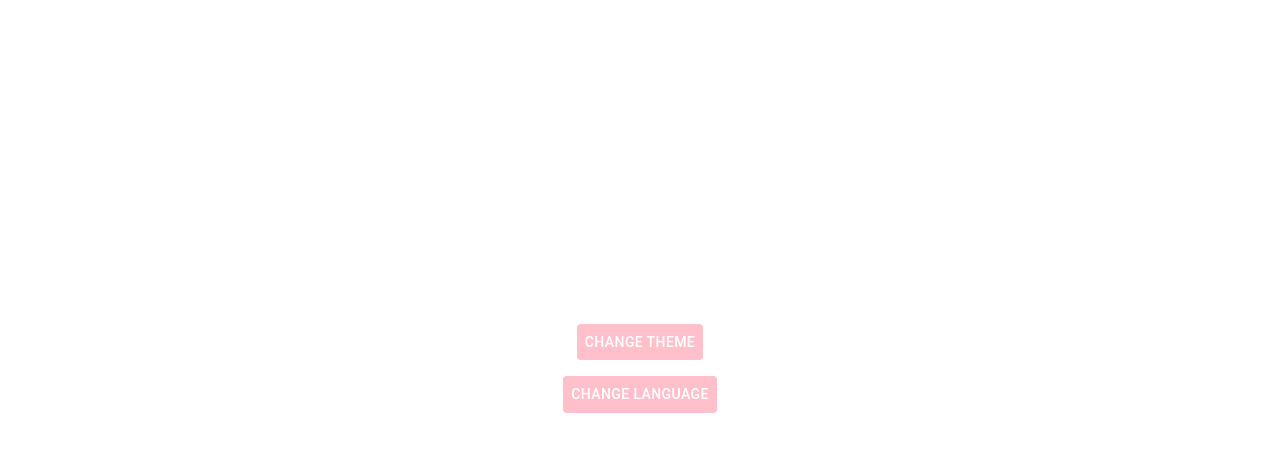
Repository: savannaaaas/contextLanguageTheme
Page: /
An editor plug-in stored every save of this project. The page is shown before and after the next save, followed by the edit.
The browser window is 1280 px wide. The pictures show the whole page.
The project was rebuilt for these pictures with package versions that can differ from the ones it lists, and the page was loaded fresh each time. Also part of the build but not shown: vite.config.js.

Above is the page before, as saved 2025-07-11 17:26:57.

After the next save:
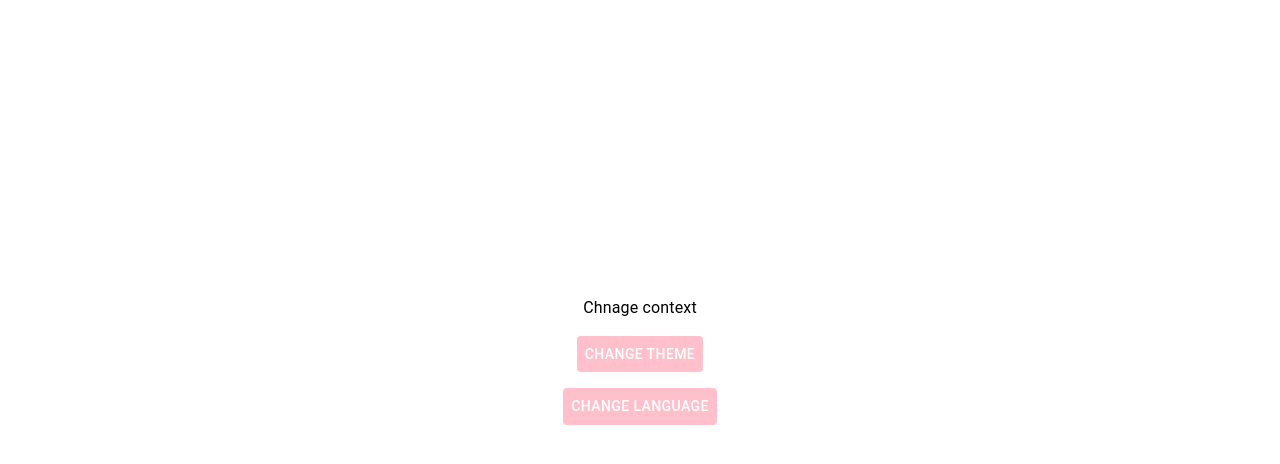
Saved 20 s later.
--- a/src/components/Header.jsx
+++ b/src/components/Header.jsx
@@ -1,4 +1,4 @@
 import { Typography } from "@mui/material";
 export const Header = () => {
-  return <Typography></Typography>;
+  return <Typography>Chnage context</Typography>;
 };
